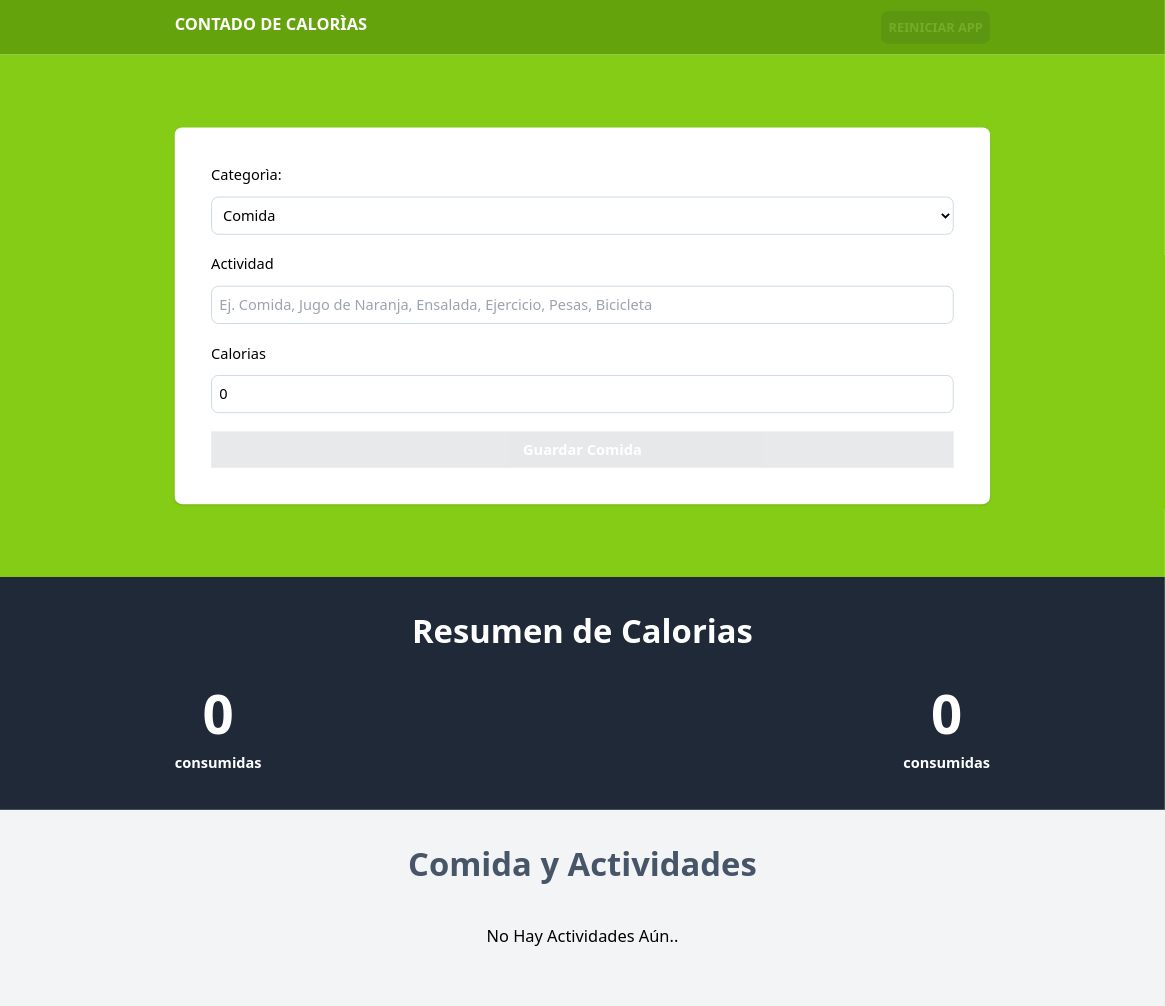
Repository: Matiiu/calorie-tracker
Page: /
The author's editor kept a copy of each file at every save. The page is drawn from the files as they stood at one save, then again after the next save.
The browser window is 1280 px wide. The pictures show the whole page, at 91% of full size.
The project was rebuilt for these pictures with package versions that can differ from the ones it lists, and the page was loaded fresh each time. Also part of the build but not shown: vite.config.ts.

Above is the page before, as saved 2024-04-01 22:36:16.

### index.html
<!doctype html>
<html lang="en">
  <head>
    <meta charset="UTF-8" />
    <link rel="icon" type="image/svg+xml" href="/vite.svg" />
    <meta name="viewport" content="width=device-width, initial-scale=1.0" />
    <title>Contador de Calorías - React</title>
  </head>
  <body>
    <div id="root"></div>
    <script type="module" src="/src/main.tsx"></script>
  </body>
</html>

### src/App.tsx
import { useEffect, useReducer } from "react";

import Header from "./components/Header";
import Form from "./components/Form";
import ActivityList from "./components/ActivityList";
import CaloriesTracker from "./components/CaloriesTracker";

import { activityReducer, initialState } from "./reducers/activityReducer";
export default function App() {
  const [state, dispatch] = useReducer(activityReducer, initialState);

  useEffect(() => {
    if (state.activities.length > 0) {
      localStorage.setItem("activities", JSON.stringify(state.activities));
    }
  }, [state.activities]);

  return (
    <>
      <Header state={state} dispatch={dispatch} />

      <section className="bg-lime-500 py-20 px-5">
        <div className="max-w-4xl mx-auto">
          <Form state={state} dispatch={dispatch} />
        </div>
      </section>

      <section className="bg-gray-800 p-10">
        <div className="max-w-4xl mx-auto">
          <CaloriesTracker
            activities={state.activities}
          />
        </div>
      </section>

      <section className="py-10 bg-gray-100">
        <div className="max-w-4xl mx-auto">
          <ActivityList activities={state.activities} dispatch={dispatch} />
        </div>
      </section>
    </>
  );
}

### src/components/Header.tsx
import { useMemo, Dispatch } from "react";
import { ActivityState, ActivityActions } from "../reducers/activityReducer";

type HeaderProps = {
  state: ActivityState;
  dispatch: Dispatch<ActivityActions>;
};

export default function Header({ state, dispatch }: HeaderProps) {
  const isEmpty = useMemo(() => !state.activities.length, [state.activities]);

  const handleRestart = () => {
    const confirmCancel = window.confirm(
      "¿Está seguro de que sea eliminar todas las actividades registradas?"
    );

    if (confirmCancel) {
      dispatch({ type: "restart-app" });
      window.location.reload();
    }
  };

  return (
    <header className="bg-lime-600 py-3">
      <div className="max-w-4xl mx-auto flex justify-between">
        <h1 className="text-center text-lg font-bold text-white uppercase">
          Contado de Calorìas
        </h1>

        <button
          className="bg-gray-800 hover:bg-gray-900 p-2 font-bold uppercase text-white cursor-pointer rounded-lg text-sm disabled:opacity-10"
          disabled={isEmpty}
          onClick={handleRestart}
        >
          Reiniciar App
        </button>
      </div>
    </header>
  );
}

### src/components/Form.tsx
import { useState, ChangeEvent, FormEvent, Dispatch, useEffect } from "react";
import { v4 as uuid } from "uuid";

import { categories } from "../data/categories";
import type { Activity, Category } from "../types";
import { ActivityActions, ActivityState } from "../reducers/activityReducer";

type FormProps = {
  state: ActivityState;
  dispatch: Dispatch<ActivityActions>;
};

export default function Form({ state, dispatch }: FormProps) {
  const initialState: Activity = {
    id: uuid(),
    category: 1,
    activityName: "",
    calories: 0,
  };

  // Convertimos las calorías en un objeto donde el id en la llave y el nombre el valor
  const categoriesObject = categories.reduce(
    (accumulator: Record<Category["id"], Category["name"]>, current) => {
      accumulator[current.id] = current.name;
      return accumulator;
    },
    {}
  );

  const [activity, setActivity] = useState<Activity>({ ...initialState });

  useEffect(() => {
    if (state.activeId) {
      const selectActivities: Activity = state.activities.filter(
        stateActivity => stateActivity.id === state.activeId
      )[0];
      setActivity(selectActivities);
    }
  }, [state.activeId]);

  const handleChange = (
    e: ChangeEvent<HTMLInputElement | HTMLSelectElement>
  ) => {
    // Validamos si es un campo numérico
    const isNumberFiled = ["category", "calories"].includes(e.target.id);
    // Si lo es convertimos el dato a numérico
    setActivity({
      ...activity,
      [e.target.id]: isNumberFiled ? +e.target.value : e.target.value,
    });
  };

  const isValidateActivity = () => {
    const { activityName, calories } = activity;
    // Validamos que el campo actividad y calorías estén diligenciados
    return !!(activityName || "").trim() && calories > 0;
  };

  const nameSubmit = () => {
    // Accedemos a la posición llave de nuestro objeto categoriesObject con el valor de activity.category y retornamos el valor
    return `Guardar ${categoriesObject[activity.category]}`;
  };

  const handleSubmit = (e: FormEvent<HTMLFormElement>) => {
    e.preventDefault();
    dispatch({
      type: "save-activity",
      payload: { newActivity: activity },
    });
    // Limpiar el formulario una vez enviado
    setActivity({ ...initialState });
  };

  return (
    <form
      onSubmit={handleSubmit}
      className="space-y-5 bg-white shadow p-10 rounded-lg"
    >
      <div className="grid grid-cols-1 gap-3">
        <label htmlFor="category">Categorìa:</label>
        <select
          name="category"
          id="category"
          className="border border-slate-300 p-2 rounded-lg w-full bg-white"
          value={activity.category}
          onChange={handleChange}
        >
          {categories.map((category) => (
            <option key={category.id} value={category.id}>
              {category.name}
            </option>
          ))}
        </select>
      </div>

      <div className="grid grid-cols-1 gap-3">
        <label htmlFor="activityName">Actividad</label>
        <input
          id="activityName"
          name="activityName"
          type="text"
          className="border border-slate-300 p-2 rounded-lg"
          placeholder="Ej. Comida, Jugo de Naranja, Ensalada, Ejercicio, Pesas, Bicicleta"
          value={activity.activityName}
          onChange={handleChange}
        />
      </div>

      <div className="grid grid-cols-1 gap-3">
        <label htmlFor="calories">Calorias</label>
        <input
          id="calories"
          name="calories"
          type="number"
          className="border border-slate-300 p-2 rounded-lg"
          placeholder="Ej. 300 o 500"
          min={0}
          value={activity.calories}
          onChange={handleChange}
        />
      </div>

      <input
        type="submit"
        className="bg-gray-800 hover:bg-gray-900 w-full p-2 font-bold text-white cursor-pointer disabled:opacity-10 disabled:cursor-auto"
        value={nameSubmit()}
        disabled={!isValidateActivity()}
      />
    </form>
  );
}

### src/components/ActivityList.tsx
import { Dispatch, useMemo } from "react";

import { PencilSquareIcon, XCircleIcon } from "@heroicons/react/24/outline";

import type { Activity, Category } from "../types";
import { categories } from "../data/categories";
import { ActivityActions } from "../reducers/activityReducer";

type ActivityListprops = {
  activities: Activity[];
  dispatch: Dispatch<ActivityActions>;
};

export default function ActivityList({
  activities,
  dispatch,
}: ActivityListprops) {
  // Convertimos las calorías en un objeto donde el id en la llave y el nombre el valor
  const categoriesObject = categories.reduce(
    (accumulator: Record<Category["id"], Category["name"]>, current) => {
      accumulator[current.id] = current.name;
      return accumulator;
    },
    {}
  );

  const activitiesAreEmpty = useMemo(() => !activities.length, [activities]);

  const categoryName = (id: Category["id"]) => {
    // Accedemos a la posición llave de nuestro objeto categoriesObject con el valor de activity.category y retornamos el valor
    return categoriesObject[id];
  };

  const handleRemove = (id: Activity["id"]) => {
    const cancelConfirmation = window.confirm(
      "¿Estás seguro de que deseas eliminar la actividad?"
    );

    if (cancelConfirmation) {
      dispatch({ type: "delete-activity", payload: { id } });
    }
  };

  return (
    <>
      <h2 className="text-4xl font-bold text-slate-600 text-center">
        Comida y Actividades
      </h2>

      {activitiesAreEmpty ? (
        <p className="text-center py-6 mt-5 text-lg">
          No Hay Actividades Aún..
        </p>
      ) : (
        activities.map((activity) => (
          <div
            key={activity.id}
            className="px-5 py-10 bg-white mt-5 flex justify-between"
          >
            <div className="space-y-2 relative">
              <p
                className={`absolute -top-8 -left-8 px-10 py-2 text-white uppercase font-bold ${
                  activity.category === 1 ? "bg-lime-500" : "bg-orange-500"
                }`}
              >
                {categoryName(activity.category)}
              </p>
              <p className="text-2xl font-bold pt-5">{activity.activityName}</p>
              <p className="font-black text-4xl text-lime-500">
                {" "}
                {activity.calories}
              </p>
            </div>

            <div className="flex gap-5 items-center">
              <button
                onClick={() =>
                  dispatch({
                    type: "set-activeId",
                    payload: { id: activity.id },
                  })
                }
              >
                <PencilSquareIcon className="h-8 w-8 text-gray-800" />
              </button>

              <button onClick={() => handleRemove(activity.id)}>
                <XCircleIcon className="h-8 w-8 text-red-500" />
              </button>
            </div>
          </div>
        ))
      )}
    </>
  );
}

### src/components/CaloriesTracker.tsx
import { useMemo } from "react";
import { Activity } from "../types";

type CaloriesTrackerProps = {
  activities: Activity[];
};

export default function CaloriesTracker({ activities }: CaloriesTrackerProps) {
  // Contadores
  const caloriesCosumed = useMemo(
    () =>
      activities.reduce(
        (total, curr) => (curr.category === 1 ? total + curr.calories : total),
        0
      ),
    [activities]
  );

  const caloriesBurned = useMemo(
    () =>
      activities.reduce(
        (total, curr) => (curr.category === 2 ? total + curr.calories : total),
        0
      ),
    [activities]
  );
  console.log(caloriesCosumed);
  console.log(caloriesBurned);

  return (
    <>
      <h2 className="text-4xl font-black text-white text-center">
        Resumen de Calorias
      </h2>

      <div className="flex flex-col items-center md:flex-row md:justify-between gap-5 mt-10">
        <p className="text-white font-bold rounded-full grid grid-cols-1 gap-3 text-center">
          <span className="font-black text-6xl text-orange">
            {caloriesCosumed}
          </span>
          consumidas
        </p>

        <p className="text-white font-bold rounded-full grid grid-cols-1 gap-3 text-center">
          <span className="font-black text-6xl text-orange">
            {caloriesCosumed}
          </span>
          consumidas
        </p>
      </div>
    </>
  );
}

### src/reducers/activityReducer.ts
import type { Activity } from "../types";

export type ActivityActions =
  | { type: "save-activity"; payload: { newActivity: Activity } }
  | { type: "set-activeId"; payload: { id: Activity["id"] } }
  | { type: "delete-activity"; payload: { id: Activity["id"] } }
  | { type: "restart-app" };

export type ActivityState = {
  activities: Activity[];
  activeId: Activity["id"];
};

function localStorageactivities(): Activity[] {
  const activities = localStorage.getItem("activities");
  return activities ? JSON.parse(activities) : [];
}

export const initialState: ActivityState = {
  activities: localStorageactivities(),
  activeId: "",
};

export function activityReducer(
  state: ActivityState = initialState,
  action: ActivityActions
) {
  if (action.type === "save-activity") {
    let updateActivities: Activity[] = [];
    if (state.activeId) {
      updateActivities = state.activities.map((activity) =>
        activity.id === state.activeId ? action.payload.newActivity : activity
      );
    } else {
      updateActivities = [...state.activities, action.payload.newActivity];
    }
    return {
      ...state,
      activities: updateActivities,
      activeId: "",
    };
  }

  if (action.type === "set-activeId") {
    return {
      ...state,
      activeId: action.payload.id,
    };
  }

  if (action.type === "delete-activity") {
    return {
      ...state,
      activities: state.activities.filter(
        (activity) => activity.id !== action.payload.id
      ),
    };
  }

  if (action.type === "restart-app") {
    // Removemos la llave de nuestro stroage
    localStorage.removeItem("activities");
    // Limpiamos todos los valores
    return {
      activities: [],
      activeId: "",
    };
  }

  return state;
}

### src/data/categories.ts
import { Category } from "../types";

export const categories: Category[] = [
  { id: 1, name: "Comida" },
  { id: 2, name: "Ejercicio" },
];

Loaded but not shown: src/main.tsx (common file); src/index.css (common file); tailwind.config.js (common file)

After the next save:
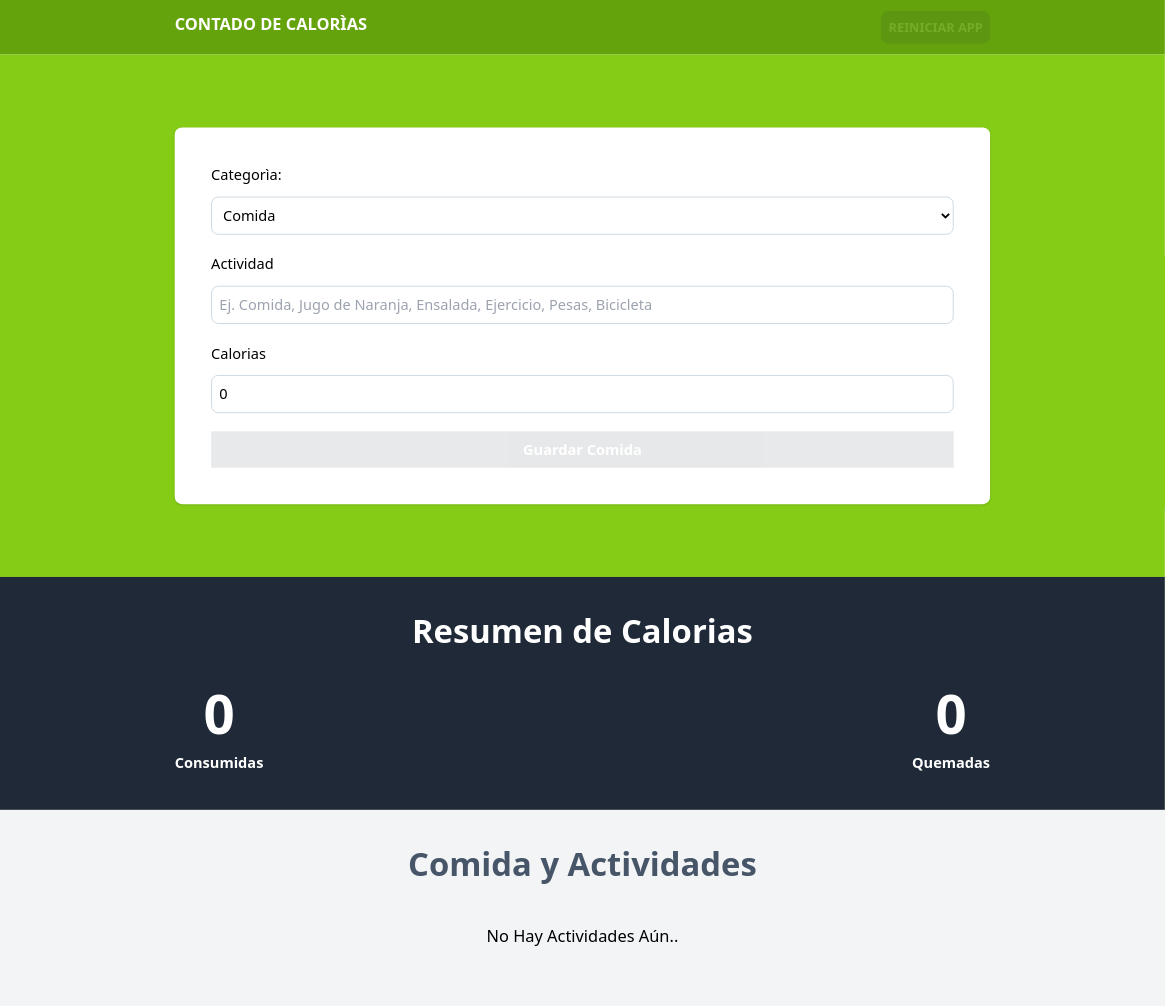
Saved 14 s later.
--- a/src/components/CaloriesTracker.tsx
+++ b/src/components/CaloriesTracker.tsx
@@ -38,14 +38,14 @@ export default function CaloriesTracker({ activities }: CaloriesTrackerProps) {
           <span className="font-black text-6xl text-orange">
             {caloriesCosumed}
           </span>
-          consumidas
+          Consumidas
         </p>
 
         <p className="text-white font-bold rounded-full grid grid-cols-1 gap-3 text-center">
           <span className="font-black text-6xl text-orange">
             {caloriesCosumed}
           </span>
-          consumidas
+          Quemadas
         </p>
       </div>
     </>
